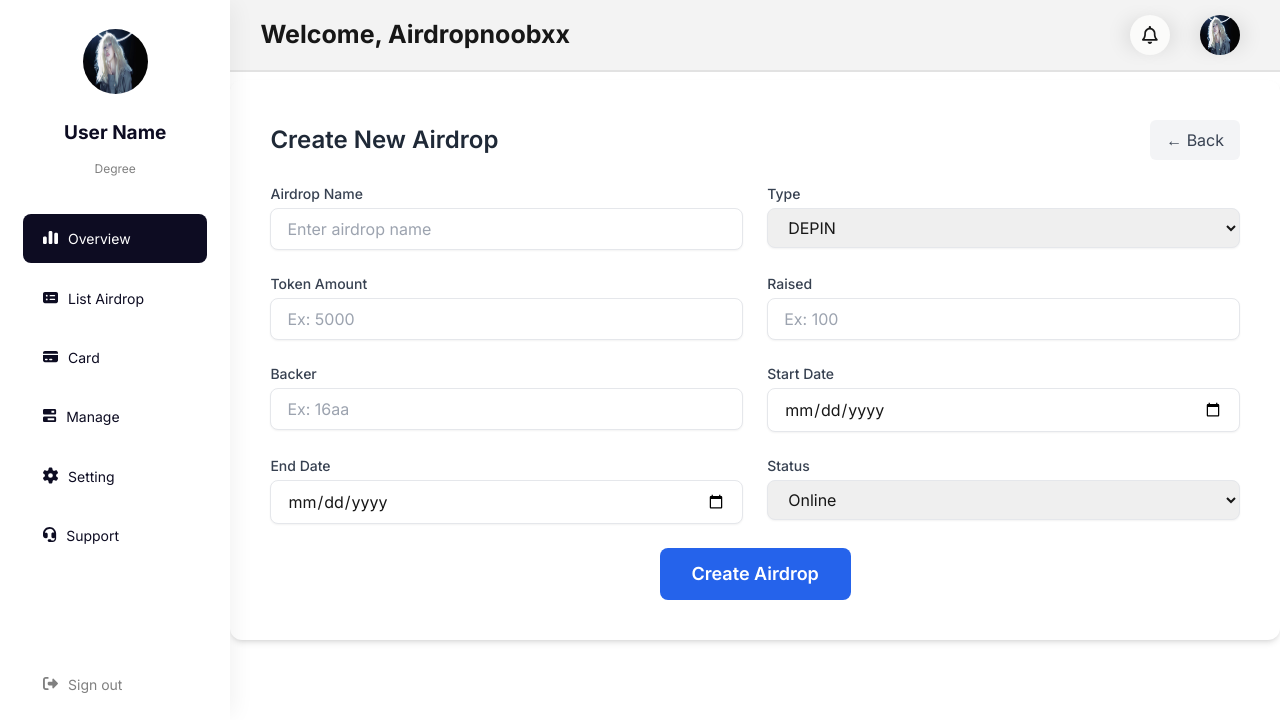
Repository: conGaStuer/airdropmamager
Page: /airdrops/new
The author's editor kept a copy of each file at every save. The page is drawn from the files as they stood at one save, then again after the next save.
The browser window is 1280 px wide. The pictures show the whole page.
The project was rebuilt for these pictures with package versions that can differ from the ones it lists, and the page was loaded fresh each time. The framework's server and built-in components were replaced by stand-ins that run in the browser. Also part of the build but not shown: next.config.ts, src/styles/addForm.scss.

Above is the page before, as saved 2025-05-28 19:18:33.

### src/app/layout.tsx
// app/layout.tsx
import { Inter } from "next/font/google";
import "../styles/globals.css";
import NavBar from "@/components/NavBar";
import SideBar from "@/components/SideBar";

const inter = Inter({ subsets: ["latin"] });

export const metadata = {
  title: "Airdrop Admin",
  description: "Manage Airdrops",
};

// app/layout.tsx
export default function RootLayout({
  children,
}: {
  children: React.ReactNode;
}) {
  return (
    <html lang="en">
      <body>{children}</body>
    </html>
  );
}

### src/app/airdrops/layout.js
// app/airdrops/layout.js (hoặc layout.tsx nếu bạn dùng TypeScript)
"use client";
import React from "react";
import NavBar from "@/components/NavBar";
import SideBar from "@/components/SideBar";

export default function AirdropLayout({ children }) {
  return (
    <div className="flex">
      <SideBar />
      <div className="flex-1">
        <NavBar />
        <main className="pt-14 ">{children}</main>
      </div>
    </div>
  );
}

### src/app/airdrops/new/page.js
"use client";
import React, { useState } from "react";
import axios from "axios";
import { useRouter } from "next/navigation";
import "../../../styles/addForm.scss";
export default function CreateAirdropPage() {
  const [form, setForm] = useState({
    name: "",
    type: "",
    raised: "",
    status: "",
    tokenAmount: "",
    backer: "",
    startDate: "",
    endDate: "",
  });
  const router = useRouter();
  const handleCreate = async (e) => {
    e.preventDefault();
    await axios.post("http://localhost:5000/api/airdrops", form);
    router.push("/airdrops");
  };
  return (
    <div className="w-full max-w-8xl mx-auto bg-white p-10 rounded-xl shadow-md mt-6">
      <div className="flex items-center justify-between mb-6">
        <h2 className="text-2xl font-semibold text-gray-800">
          Create New Airdrop
        </h2>
        <button
          type="button"
          onClick={() => router.push("/airdrops")}
          className="inline-flex items-center px-4 py-2 bg-gray-100 text-gray-700 rounded-md hover:bg-gray-200 transition"
        >
          ← Back
        </button>
      </div>
      <form onSubmit={handleCreate} className="grid grid-cols-2 gap-6">
        {/* Airdrop Name */}
        <div>
          <label className="block mb-1 text-sm font-medium text-gray-700">
            Airdrop Name
          </label>
          <input
            type="text"
            value={form.name}
            onChange={(e) => setForm({ ...form, name: e.target.value })}
            className="w-full px-4 py-2 border rounded-lg shadow-sm focus:outline-none focus:ring-2 focus:ring-blue-500"
            placeholder="Enter airdrop name"
          />
        </div>

        {/* Type */}
        <div>
          <label className="block mb-1 text-sm font-medium text-gray-700">
            Type
          </label>
          <select
            value={form.type}
            onChange={(e) => setForm({ ...form, type: e.target.value })}
            className="w-full px-4 py-2 border rounded-lg shadow-sm focus:outline-none focus:ring-2 focus:ring-blue-500"
          >
            <option value="DEPIN">DEPIN</option>
            <option value="Testnet">Testnet</option>
            <option value="Webpoint">Webpoint</option>
          </select>
        </div>

        {/* TokenAmount */}
        <div>
          <label className="block mb-1 text-sm font-medium text-gray-700">
            Token Amount
          </label>
          <input
            type="number"
            value={form.tokenAmount}
            onChange={(e) => setForm({ ...form, tokenAmount: e.target.value })}
            className="w-full px-4 py-2 border rounded-lg shadow-sm focus:outline-none focus:ring-2 focus:ring-blue-500"
            placeholder="Ex: 5000"
          />
        </div>

        {/* Raised */}
        <div>
          <label className="block mb-1 text-sm font-medium text-gray-700">
            Raised
          </label>
          <input
            type="number"
            value={form.raised}
            onChange={(e) => setForm({ ...form, raised: e.target.value })}
            className="w-full px-4 py-2 border rounded-lg shadow-sm focus:outline-none focus:ring-2 focus:ring-blue-500"
            placeholder="Ex: 100"
          />
        </div>

        {/* Backer */}
        <div>
          <label className="block mb-1 text-sm font-medium text-gray-700">
            Backer
          </label>
          <input
            type="text"
            value={form.backer}
            onChange={(e) => setForm({ ...form, backer: e.target.value })}
            className="w-full px-4 py-2 border rounded-lg shadow-sm focus:outline-none focus:ring-2 focus:ring-blue-500"
            placeholder="Ex: 16aa"
          />
        </div>

        {/* Start Date */}
        <div>
          <label className="block mb-1 text-sm font-medium text-gray-700">
            Start Date
          </label>
          <input
            type="date"
            value={form.startDate}
            onChange={(e) => setForm({ ...form, startDate: e.target.value })}
            className="w-full px-4 py-2 border rounded-lg shadow-sm focus:outline-none focus:ring-2 focus:ring-blue-500"
          />
        </div>

        {/* End Date */}
        <div>
          <label className="block mb-1 text-sm font-medium text-gray-700">
            End Date
          </label>
          <input
            type="date"
            value={form.endDate}
            onChange={(e) => setForm({ ...form, endDate: e.target.value })}
            className="w-full px-4 py-2 border rounded-lg shadow-sm focus:outline-none focus:ring-2 focus:ring-blue-500"
          />
        </div>

        {/* Status */}
        <div>
          <label className="block mb-1 text-sm font-medium text-gray-700">
            Status
          </label>
          <select
            value={form.status}
            onChange={(e) => setForm({ ...form, status: e.target.value })}
            className="w-full px-4 py-2 border rounded-lg shadow-sm focus:outline-none focus:ring-2 focus:ring-blue-500"
          >
            <option value="online">Online</option>
            <option value="offline">Offline</option>
          </select>
        </div>

        {/* Submit Button */}
        <div className="col-span-2 text-center">
          <button
            type="submit"
            className="px-8 py-3 bg-blue-600 text-white text-lg font-semibold rounded-lg hover:bg-blue-700 transition"
          >
            Create Airdrop
          </button>
        </div>
      </form>
    </div>
  );
}

### src/styles/globals.css
@tailwind base;
@tailwind components;
@tailwind utilities;

:root {
  --background: #ffffff;
  --foreground: #171717;
}

@media (prefers-color-scheme: dark) {
  :root {
    --background: #ffffff;
    --foreground: #393737;
  }
}

body {
  color: var(--foreground);
  background: var(--background);
  font-family: inter;
  background-size: cover;
  background-position: center;
}

### src/components/NavBar.js
import React from "react";
import "../styles/navbar.scss";
import { FontAwesomeIcon } from "@fortawesome/react-fontawesome";
import {
  faEdit,
  faTrash,
  faRectangleList,
  faChartSimple,
  faCreditCard,
  faBarsProgress,
  faGear,
  faHeadset,
  faRightFromBracket,
  faRing,
} from "@fortawesome/free-solid-svg-icons";
import { faBell } from "@fortawesome/free-regular-svg-icons";
import Image from "next/image";
export default function NavBar() {
  return (
    <div className="nav-side">
      <p>Welcome, Airdropnoobxx </p>
      <div className="menu">
        <div className="iconn">
          <FontAwesomeIcon icon={faBell} className="icon" />
        </div>
        <Image src="/styles/avt.jpg" alt="Avatar" width={20} height={20} />
      </div>
    </div>
  );
}

### src/components/SideBar.js
import React from "react";
import "../styles/sideBar.scss";
import { FontAwesomeIcon } from "@fortawesome/react-fontawesome";
import {
  faEdit,
  faTrash,
  faRectangleList,
  faChartSimple,
  faCreditCard,
  faBarsProgress,
  faGear,
  faHeadset,
  faRightFromBracket,
} from "@fortawesome/free-solid-svg-icons";
import Image from "next/image";
import Link from "next/link";
export default function SideBar() {
  return (
    <div className="side-bar">
      <div className="side-info">
        <div className="user-profile">
          <Image src="/styles/avt.jpg" alt="Avatar" width={80} height={80} />
          <h4>User Name</h4>
          <p>Degree</p>
        </div>
      </div>
      <div className="side-menu">
        <div className="menu-element menu-element1">
          <FontAwesomeIcon icon={faChartSimple} className="icon" />

          <span>Overview</span>
        </div>
        <Link href="./airdrops" className="menu-element">
          <FontAwesomeIcon icon={faRectangleList} className="icon" />

          <span>List Airdrop</span>
        </Link>
        <div className="menu-element">
          <FontAwesomeIcon icon={faCreditCard} className="icon" />
          <span>Card</span>
        </div>
        <div className="menu-element">
          <FontAwesomeIcon icon={faBarsProgress} className="icon" />
          <span>Manage</span>
        </div>
        <div className="menu-element">
          <FontAwesomeIcon icon={faGear} className="icon" />
          <span>Setting</span>
        </div>
        <div className="menu-element">
          <FontAwesomeIcon icon={faHeadset} className="icon" />

          <span>Support</span>
        </div>
      </div>
      <div className="side-logout">
        <FontAwesomeIcon icon={faRightFromBracket} className="icon" />
        <span>Sign out</span>
      </div>
    </div>
  );
}

### src/styles/navbar.scss
@mixin center-div {
  display: flex;

  justify-content: space-between;
  align-items: center;
}
@mixin no-space-text {
  margin: 0px;
  padding: 0px;
}
.nav-side {
  width: 82%;
  height: 10vh;
  background-color: #f3f3f3;
  position: fixed;
  float: right;
  right: 0px;

  border-bottom-right-radius: 0px;
  @include center-div();
  padding-left: 30px;
  padding-right: 40px;
  border-bottom: 2px solid rgb(226, 226, 226);
  p {
    font-size: 25px;
    font-weight: bold;
    font-family: "Inter", sans-serif;
  }
  .menu {
    width: 120px;
    height: 90%;
    @include center-div();

    .iconn {
      width: 40px;
      height: 40px;
      background-color: #fbfbfa;
      border-radius: 50%;
      @include center-div();
      justify-content: center;
      position: relative;
      left: 10px;
      box-shadow: 10px 0 20px -5px rgba(0, 0, 0, 0.1),
        -10px 0 20px -5px rgba(0, 0, 0, 0.1);

      .icon {
        font-size: 18px;
      }
    }
    img {
      width: 40px;
      height: 40px;
      border-radius: 50%;
      box-shadow: 10px 0 20px -5px rgba(0, 0, 0, 0.1),
        -10px 0 20px -5px rgba(0, 0, 0, 0.1);
    }
  }
}

### src/styles/sideBar.scss
@mixin center-div {
  display: flex;
  flex-direction: column;
  justify-content: space-between;
  align-items: center;
}
@mixin no-space-text {
  margin: 0px;
  padding: 0px;
}
.side-bar {
  font-family: "Inter", sans-serif;
  @include center-div();
  width: 18%;
  height: 100vh;
  background-color: white;
  color: #808080;
  box-shadow: 10px 0 20px -5px rgba(0, 0, 0, 0.05),
    -10px 0 20px -5px rgba(0, 0, 0, 0.05);
  z-index: 1;
  .icon {
    font-size: 15px;
    margin-right: 10px;
    position: relative;
    top: -1px;
  }
  .side-info {
    width: 80%;
    height: 34%;
    display: flex;
    flex-direction: column;
    justify-content: space-around;
    align-items: center;
    position: relative;
    top: -10px;
    h4 {
      @include no-space-text();
      font-size: 18px;
      font-weight: bold;
    }
    .user-profile {
      width: 75%;
      height: 68%;
      @include center-div();

      img {
        width: 65px;
        height: 65px;
        border-radius: 50%;
      }
      h4 {
        font-size: 19px;
        font-weight: bold;
        @include no-space-text();
        position: relative;
        top: -3px;
        color: #0d0c22;
      }
      p {
        @include no-space-text();
        font-size: 12px;
        position: relative;
        top: -18px;
      }
    }
  }
  .side-menu {
    width: 80%;
    height: 48%;
    @include center-div();
    position: relative;
    top: -65px;
    .menu-element {
      width: 100%;
      height: 14%;
      background-color: white;
      border-radius: 8px;
      font-size: 14px;
      display: flex;
      align-items: center;
      padding: 20px;
      color: #0d0c22;
    }
    .menu-element1 {
      background-color: #0d0c22;
      color: white;
    }
  }
  .side-logout {
    width: 80%;
    height: 7%;
    display: flex;
    align-items: center;
    padding: 20px;
    margin-bottom: 10px;
    span {
      font-size: 14px;
    }
  }
}

### tailwind.config.ts
import type { Config } from "tailwindcss";

export default {
  content: [
    "./src/pages/**/*.{js,ts,jsx,tsx,mdx}",
    "./src/components/**/*.{js,ts,jsx,tsx,mdx}",
    "./src/app/**/*.{js,ts,jsx,tsx,mdx}",
  ],
  theme: {
    extend: {
      colors: {
        background: "var(--background)",
        foreground: "var(--foreground)",
      },
      fontFamily: {
        sans: ["var(--font-inter)", "sans-serif"],
      },
    },
  },
  plugins: [],
} satisfies Config;

After the next save:
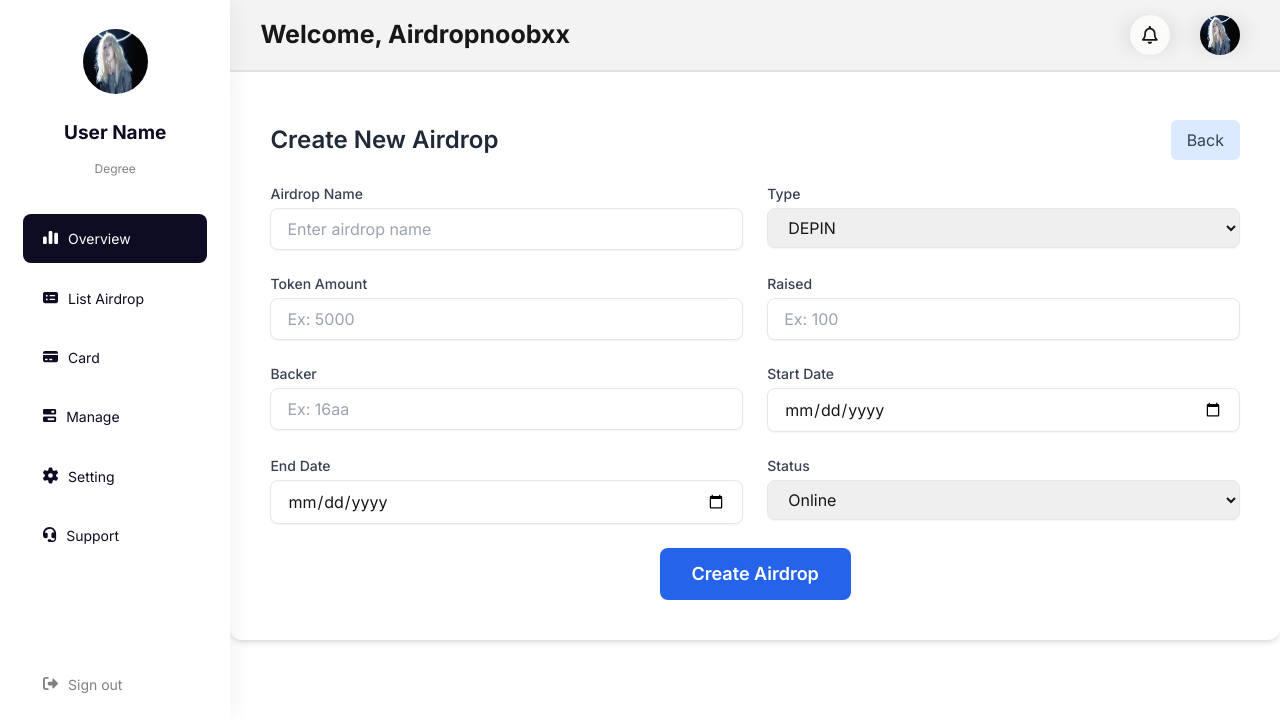
Saved 18 s later.
--- a/src/app/airdrops/new/page.js
+++ b/src/app/airdrops/new/page.js
@@ -29,9 +29,9 @@ export default function CreateAirdropPage() {
         <button
           type="button"
           onClick={() => router.push("/airdrops")}
-          className="inline-flex items-center px-4 py-2 bg-gray-100 text-gray-700 rounded-md hover:bg-gray-200 transition"
+          className="inline-flex items-center px-4 py-2 bg-blue-100 text-gray-700 rounded-md hover:bg-gray-200 transition"
         >
-          ← Back
+          Back
         </button>
       </div>
       <form onSubmit={handleCreate} className="grid grid-cols-2 gap-6">
